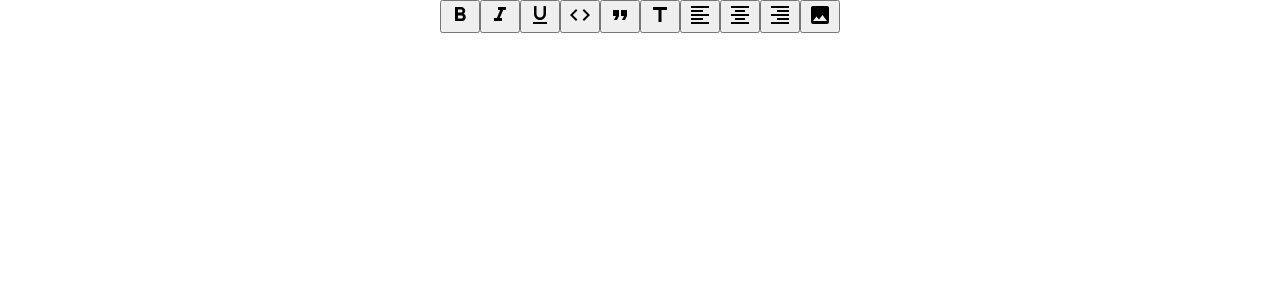
Repository: Judono/typedream_rich_text_editor_project
Page: /toolbar
The author's editor kept a copy of each file at every save. The page is drawn from the files as they stood at one save, then again after a run of saves.
The browser window is 1280 px wide. The pictures show the whole page.
The project was rebuilt for these pictures with package versions that can differ from the ones it lists, and the page was loaded fresh each time. The framework's server and built-in components were replaced by stand-ins that run in the browser. Also part of the build but not shown: next.config.js.

Above is the page before, as saved 2022-11-29 14:30:05.

After the next 2 saves:
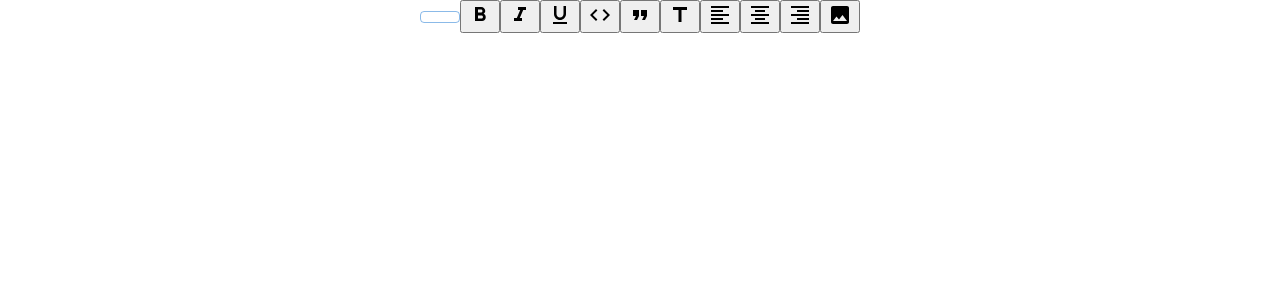
The 2 saves are shown as one change because 1 did not build or start.
The last was saved 99 s later.
--- a/pages/toolbar.js
+++ b/pages/toolbar.js
@@ -13,11 +13,16 @@ import TitleIcon from '@mui/icons-material/Title';
 import CodeIcon from '@mui/icons-material/Code';
 
 import styles from '../styles/Home.module.css'
+import { Button, ButtonGroup } from '@mui/material';
 
 const SlateToolbar = ({editor}) => {
   return (
 
     <div className={styles.toolbar}>
+        <ButtonGroup>
+            <Button></Button>
+        </ButtonGroup>
+
         {/* bold */}
         <button
           onMouseDown={event => {
